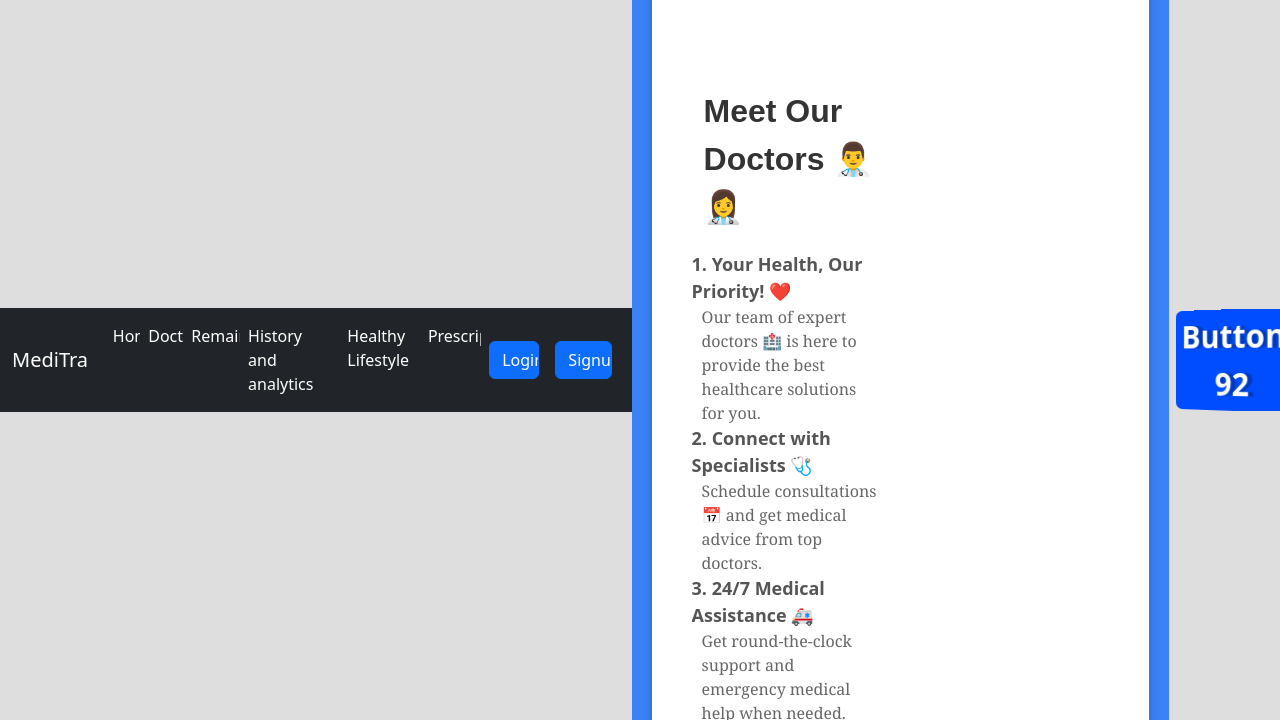
Repository: rahul-chakradhari/PillWise
Page: /doctors (app in frontend/)
The author's editor kept a copy of each file at every save. The page is drawn from the files as they stood at one save, then again after the next save.
The browser window is 1280 px wide. The pictures show the whole page.
The page's requests for data from a server got no answer. An inner scrolling area shows only its first screen. The project was rebuilt for these pictures with package versions that can differ from the ones it lists, and the page was loaded fresh each time. No one was signed in, and anything a server would have sent is missing. Also part of the build but not shown: frontend/vite.config.js, frontend/src/components/Home.jsx, frontend/src/components/History.jsx, frontend/src/components/Remainder.jsx, frontend/src/components/Healthy.jsx, frontend/src/components/Prescription.jsx.

Above is the page before, as saved 2025-03-06 18:01:23.

### frontend/index.html
<!DOCTYPE html>
<html lang="en">
  <head>
    <meta charset="UTF-8" />
    <link rel="icon" type="image/svg+xml" href="/vite.svg" />
    <meta name="viewport" content="width=device-width, initial-scale=1.0" />
    <link
      href="https://cdn.jsdelivr.net/npm/bootstrap@5.3.3/dist/css/bootstrap.min.css"
      rel="stylesheet"
      integrity="sha384-QWTKZyjpPEjISv5WaRU9OFeRpok6YctnYmDr5pNlyT2bRjXh0JMhjY6hW+ALEwIH"
      crossorigin="anonymous"
    />
    <link
      rel="stylesheet"
      href="https://cdnjs.cloudflare.com/ajax/libs/font-awesome/6.5.1/css/all.min.css"
    />

    <title>MediTrack-Smart-Medicine-Reminder-Tracker</title>
  </head>
  <body>
    <div id="root"></div>
    <script type="module" src="/src/main.jsx"></script>
    <script
      src="https://cdn.jsdelivr.net/npm/bootstrap@5.3.3/dist/js/bootstrap.bundle.min.js"
      integrity="sha384-YvpcrYf0tY3lHB60NNkmXc5s9fDVZLESaAA55NDzOxhy9GkcIdslK1eN7N6jIeHz"
      crossorigin="anonymous"
    ></script>
  </body>
</html>

### frontend/src/App.jsx
import "./App.css";

import { Routes, Route } from "react-router-dom";
import Navbar from "./components/Navbar";
import Home from "./components/Home";
import History from "./components/History";
import Remainder from "./components/Remainder";
import Doctors from "./components/Doctors";
import Healthy from "./components/Healthy";
import Prescription from "./components/Prescription";
function App() {
  return (
    <div className="app">
      <Navbar />
      <Routes>
        <Route path="/" element={<Home />} />
        <Route path="/history" element={<History />} />
        <Route path="/remainder" element={<Remainder />} />
        <Route path="/doctors" element={<Doctors />} />
        <Route path="/healthy" element={<Healthy />} />
        <Route path="/prescription" element={<Prescription />} />
      </Routes>
    </div>
  );
}

export default App;

### frontend/src/App.css
* {
  margin: 0;
}
.app {
  background-color: #dddedd;
  min-height: 100vh;
  display: flex;
  justify-content: center;
  align-items: center;
}

### frontend/src/components/Navbar.jsx
import React from "react";
import { Link } from "react-router-dom";
const Navbar = () => {
  const isLoggedin = localStorage.getItem("auth-token");
  return (
    <div>
      <nav className="navbar navbar-expand-lg navbar-dark bg-dark">
        <div className="container-fluid">
          <Link className="navbar-brand" to="#">
            MediTrack <i className="fa-solid fa-house-medical"></i>{" "}
          </Link>
          <button
            className="navbar-toggler"
            type="button"
            data-bs-toggle="collapse"
            data-bs-target="#navbarSupportedContent"
            aria-controls="navbarSupportedContent"
            aria-expanded="false"
            aria-label="Toggle navigation"
          >
            <span className="navbar-toggler-icon"></span>
          </button>
          <div className="collapse navbar-collapse" id="navbarSupportedContent">
            <ul className="navbar-nav me-auto mb-2 mb-lg-0">
              <li className="nav-item">
                <Link className="nav-link active" aria-current="page" to="/">
                  Home
                </Link>
              </li>

              <li className="nav-item">
                <Link
                  className="nav-link active"
                  aria-current="page"
                  to="/doctors"
                >
                  Doctors
                </Link>
              </li>
              <li className="nav-item">
                <Link
                  className="nav-link active"
                  aria-current="page"
                  to="/remainder"
                >
                  Remainder
                </Link>
              </li>
              <li className="nav-item">
                <Link
                  className="nav-link active"
                  aria-current="page"
                  to="/history"
                >
                  History and analytics
                </Link>
              </li>
              <li className="nav-item">
                <Link
                  className="nav-link active"
                  aria-current="page"
                  to="/healthy"
                >
                  Healthy Lifestyle
                </Link>
              </li>
              <li className="nav-item">
                <Link
                  className="nav-link active"
                  aria-current="page"
                  to="/prescription"
                >
                  Prescription
                </Link>
              </li>

              {/*"Contribute" tab sirf logged-in users ke liye */}
              {isLoggedin && (
                <li>
                  <Link className="nav-link-active" to="/contribute">
                    Contribute
                  </Link>
                </li>
              )}
            </ul>
            <Link to="/login" className="btn btn-primary mx-2">
              Login
            </Link>
            <Link to="/signup" className="btn btn-primary mx-2">
              Signup
            </Link>
          </div>
        </div>
      </nav>
    </div>
  );
};

export default Navbar;

### frontend/src/components/Doctors.jsx
import React, { useEffect, useState } from "react";
import Lottie from "lottie-react";
import "./styles.css";

const Doctors = () => {
  const [animationData, setAnimationData] = useState(null);

  useEffect(() => {
    fetch("/Animation - 1741258183863.json")
      .then((response) => response.json())
      .then((data) => setAnimationData(data))
      .catch((error) => console.error("Error loading animation:", error));
  }, []);

  return (
    <>
      <div className="doctors-container">
        <div className="doctors-content">
          <div className="doctors-text">
            <div className="title">Meet Our Doctors 👨‍⚕️👩‍⚕️</div>
            <div className="texts">
              <b>
                {" "}
                1. Your Health, Our Priority! ❤️ <br />
              </b>
              <div className="subtexts">
                Our team of expert doctors 🏥 is here to provide the best
                healthcare solutions for you.
              </div>
              <b>
                2. Connect with Specialists 🩺 <br />
              </b>
              <div className="subtexts">
                Schedule consultations 📅 and get medical advice from top
                doctors.
              </div>
              <b>
                {" "}
                3. 24/7 Medical Assistance 🚑 <br />
              </b>
              <div className="subtexts">
                Get round-the-clock support and emergency medical help when
                needed.
              </div>
              <br />
              <button className="button-64" role="button">
                <span className="text">Book appointment</span>
              </button>
            </div>
          </div>
          <div className="doctors-image">
            {animationData && (
              <Lottie
                animationData={animationData}
                loop={true}
                className="animation-style"
              />
            )}
          </div>
        </div>
      </div>
      <div>
        <button class="button-92" role="button">
          Button 92
        </button>
      </div>
    </>
  );
};

export default Doctors;

### frontend/src/components/styles.css
* {
  margin: 0;
  padding: 0;
  box-sizing: border-box; /* Ensure padding/margin don't cause overflow */
  overflow-x: hidden; /* Horizontal scroll hatane ke liye */
}
body,
html {
  width: 100%;
  height: 100%;
}
body {
  overflow-y: scroll; /* Scroll allow karega */
  scrollbar-width: none; /* Firefox ke liye */
  -ms-overflow-style: none; /* IE aur Edge ke liye */
}

body::-webkit-scrollbar {
  display: none; /* Chrome, Safari ke liye */
}

.container {
  display: flex;
  align-items: center;
  justify-content: space-between;
  padding: 20px;
  width: 100vw;
  height: 100vh;
  overflow-y: scroll;
  scrollbar-width: none; /* Firefox ke liye */
  -ms-overflow-style: none;
}
.container::-webkit-scrollbar {
  display: none;
}

/* CSS */
.button-64 {
  align-items: center;
  background-image: linear-gradient(144deg, #af40ff, #5b42f3 50%, #00ddeb);
  border: 0;
  border-radius: 8px;
  box-shadow: rgba(151, 65, 252, 0.2) 0 15px 30px -5px;
  box-sizing: border-box;
  color: #ffffff;
  display: flex;
  font-family: Phantomsans, sans-serif;
  font-size: 20px;
  justify-content: center;
  line-height: 1em;
  max-width: 100%;
  min-width: 140px;
  padding: 3px;
  text-decoration: none;
  user-select: none;
  -webkit-user-select: none;
  touch-action: manipulation;
  white-space: nowrap;
  cursor: pointer;
}

.button-64:active,
.button-64:hover {
  outline: 0;
}

.button-64 span {
  background-color: rgb(5, 6, 45);
  padding: 16px 24px;
  border-radius: 6px;
  width: 100%;
  height: 100%;
  transition: 300ms;
}

.button-64:hover span {
  background: none;
}

@media (min-width: 768px) {
  .button-64 {
    font-size: 24px;
    min-width: 196px;
  }
}

/* CSS */
.button-92 {
  --c: #fff;
  /* text color */
  background: linear-gradient(90deg, #0000 33%, #fff5, #0000 67%)
      var(--_p, 100%) / 300% no-repeat,
    #004dff;
  /* background color */
  color: #0000;
  border: none;
  transform: perspective(500px) rotateY(calc(20deg * var(--_i, -1)));
  text-shadow: calc(var(--_i, -1) * 0.08em) -0.01em 0 var(--c),
    calc(var(--_i, -1) * -0.08em) 0.01em 2px #0004;
  outline-offset: 0.1em;
  transition: 0.3s;
}

.button-92:hover,
.button-92:focus-visible {
  --_p: 0%;
  --_i: 1;
}

.button-92:active {
  text-shadow: none;
  color: var(--c);
  box-shadow: inset 0 0 9e9Q #0005;
  transition: 0s;
}

.button-92 {
  font-weight: bold;
  font-size: 2rem;
  margin: 0;
  cursor: pointer;
  padding: 0.1em 0.3em;
}
.title {
  margin-left: 182px;
  font-family: "Poppins", sans-serif;
  font-weight: bold;
  margin-bottom: 75px;
}
.subtexts {
  font-family: Cambria, Cochin, Georgia, Times, "Times New Roman", serif;
}
.texts {
  font-size: 18px;
  gap: 12px;
  margin-top: 19px;
}
.image {
  flex: 1;
  display: flex;
  width: 399.99px;
  height: 640.01px;
  justify-content: flex-end;
  max-width: 50%;
  overflow: hidden;
  max-width: 100%; /* Image container ko responsive banane ke liye */
  max-height: 100vh;
}

.text {
  flex: 1; /* Text ka section */
  text-align: left; /* Ensure left alignment */
  font-size: 24px;
  font-weight: bold;
}

.animation-style {
  width: 700px; /* Adjust as needed */
  height: 700px; /* Maximum width of animation */
  flex: 1;
  margin-bottom: 122px;
}
.doctors-container {
  background-color: rgb(59 130 246); /* Cyan Background */
  display: flex;
  justify-content: center;
  align-items: center;
  height: 100vh;
  padding: 20px;
}

.doctors-content {
  display: flex;
  flex-direction: row; /* Left-Right Layout */
  max-width: 1200px;
  width: 100%;
  background: white;
  border-radius: 20px;
  overflow: hidden;
  box-shadow: 0px 4px 10px rgba(0, 0, 0, 0.2);
}

.doctors-image {
  flex: 1;
  display: flex;
  justify-content: center;
  align-items: center;
  padding: 20px;
}

.doctors-text {
  flex: 1;
  padding: 40px;
  text-align: left;
  margin-top: 180px;
}

.title {
  font-size: 32px;
  font-weight: bold;
  color: #333;
  margin-bottom: 20px;
  margin-left: 12px;
}

.texts {
  font-size: 18px;
  color: #555;
}

.subtexts {
  font-size: 16px;
  color: #666;
  margin-left: 10px;
}
.doctors-text .texts {
  font-size: 18px;
  color: #555; /* Text ka color */
}

.doctors-text .subtexts {
  font-size: 16px;
  color: #666; /* Subtext ka color */
  margin-left: 10px;
}

Loaded but not shown: frontend/src/main.jsx (common file); frontend/src/index.css (common file)

After the next save:
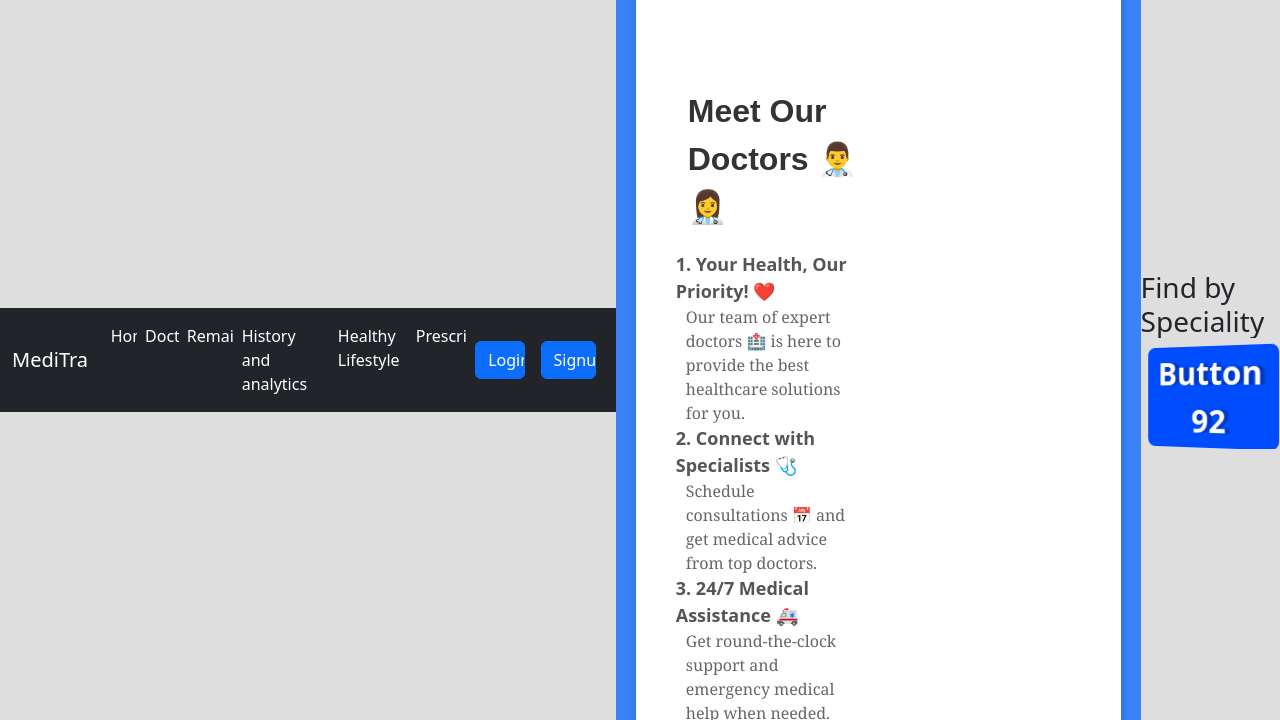
Saved 56 s later.
--- a/frontend/src/components/Doctors.jsx
+++ b/frontend/src/components/Doctors.jsx
@@ -60,6 +60,7 @@
         </div>
       </div>
       <div>
+        <h3>Find by Speciality</h3>
         <button class="button-92" role="button">
           Button 92
         </button>
